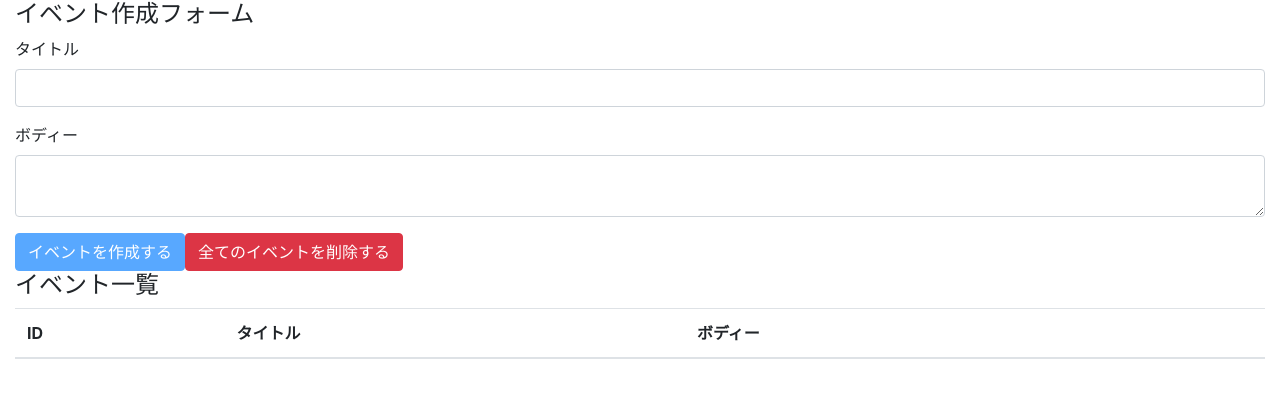
Repository: yujiuehara/my-app
Page: /, after clicking the first element matching `button.btn`
These files come from the project's save history. The page is drawn as it stood at one moment and after the next save; the edit follows.
The browser window is 1280 px wide. The pictures show the whole page.
The project was rebuilt for these pictures with package versions that can differ from the ones it lists, and the page was loaded fresh each time. Also part of the build but not shown: src/components/Event.js.

Above is the page before, as saved 2020-05-04 16:47:23.

After the next save:
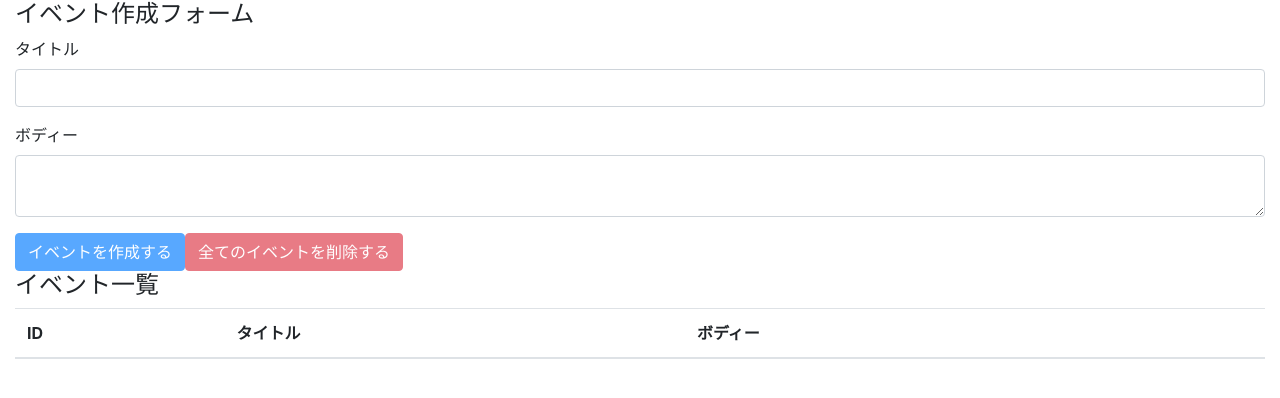
Saved 2 min 15 s later.
--- a/src/components/App.js
+++ b/src/components/App.js
@@ -45,7 +45,7 @@ const App = () => {
         </div>
 
         <button className="btn btn-primary" onClick={addEvent} disabled={unCreatable}>イベントを作成する</button>
-        <button className="btn btn-danger" onClick={deleteAllEvents}>全てのイベントを削除する</button>
+        <button className="btn btn-danger" onClick={deleteAllEvents} disabled={state.length === 0}>全てのイベントを削除する</button>
       </form>
 
       <h4>イベント一覧</h4>
